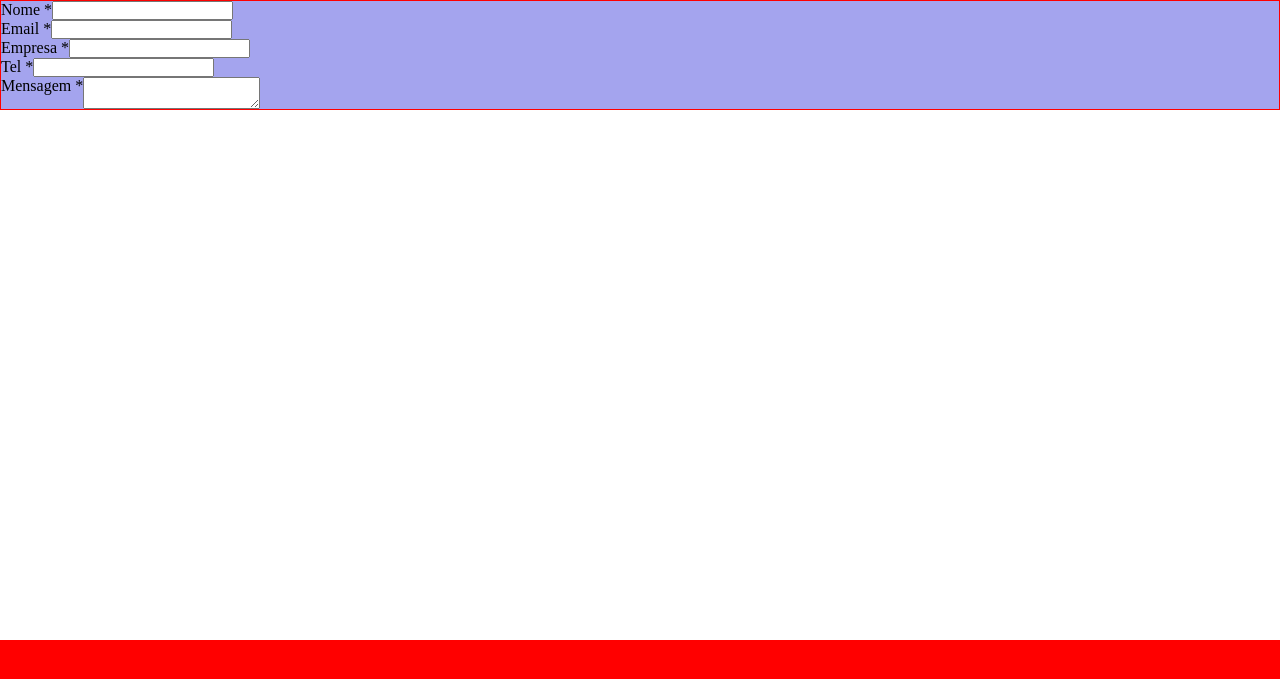
Repository: ecrseer/contatenos-html-js
Page: contatenos.html
The author's editor kept a copy of each file at every save. The page is drawn from the files as they stood at one save, then again after a run of saves.
The browser window is 1280 px wide. The pictures show the whole page.

Above is the page before, as saved 2021-12-27 14:53:06.

### contatenos.html
<!DOCTYPE html>
<html lang="en">

<head>
    <meta charset="UTF-8">
    <meta http-equiv="X-UA-Compatible" content="IE=edge">
    <meta name="viewport" content="width=device-width, initial-scale=1.0">
    <title>Contate-nos</title>
    <link rel="stylesheet" href="reset.css">
    <link rel="stylesheet" href="contatenos.css">
</head>

<body>

    <main class="main">
        <form action="enviar" method="post">
            <div class="inputdiv">
                <label for="Nome">Nome *</label>
                <input type="text">
            </div>
            <div class="inputdiv">
                <label for="Email">Email *</label>
                <input type="email">
            </div>
            <div class="inputdiv">
                <label for="Empresa">Empresa *</label>
                <input type="text">
            </div>
            <div class="inputdiv">
                <label for="Tel">Tel *</label>
                <input type="text">
            </div>
            <div class="inputdiv">
                <label for="Tel">Mensagem *</label>
                <textarea></textarea>
            </div>

        </form>
    </main>
    <section class="bottomnav">

    </section>

    <script src="contatenos.js"></script>
</body>

</html>

### contatenos.css
body{
    width: 100%;
    display: flex;
}
.main{
    background: rgb(164, 164, 238);
    width: 100%;
    height: 100%;
}
.inputdiv{
    display: flex;
}
.bottomnav{
    background: red;
    position: fixed;
    bottom: 0;
    width: 100%;
    height: 5em;
}
form{
    display: flex;
    border: 1px red solid;
    flex-direction: column;
}

### contatenos.js
//alert('hi')

Loaded but not shown: reset.css (common file)

After the next 2 saves:
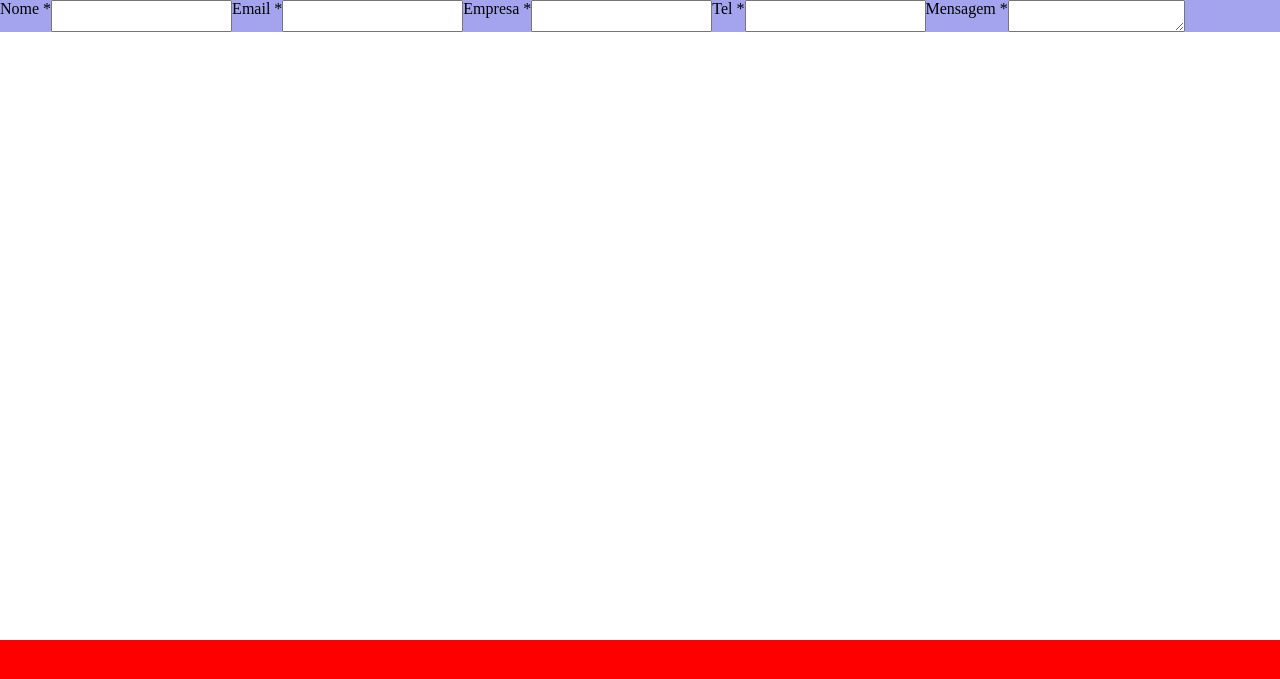
The 2 saves are shown as one change because they came seconds apart.
The last was saved 8 s later.
--- a/contatenos.css
+++ b/contatenos.css
@@ -19,6 +19,5 @@
 }
 form{
     display: flex;
-    border: 1px red solid;
-    flex-direction: column;
+    flex
 }
